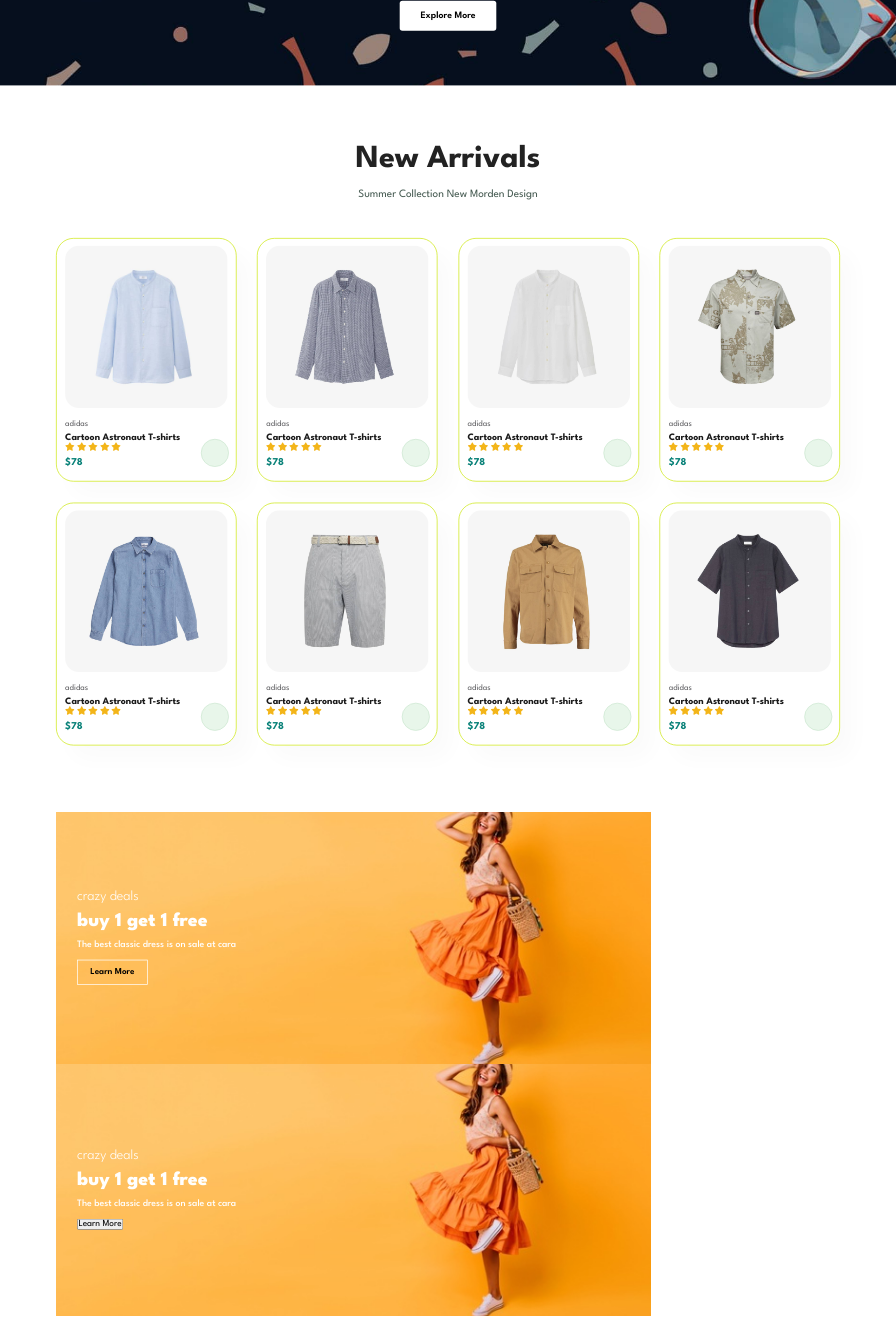
Repository: quy261001/cara
Page: index.html
An editor plug-in stored every save of this project. The page is shown before and after the next save, followed by the edit.
The browser window is 1280 px wide. The pictures show the part of the page from y = 2200 to 4120 px (the page is 4120 px tall), at 70% of full size.

Above is the page before, as saved 2022-05-01 21:47:39.

### index.html
<!DOCTYPE html>
<html lang="en">
<head>
  <meta charset="UTF-8">
  <meta http-equiv="X-UA-Compatible" content="IE=edge">
  <meta name="viewport" content="width=device-width, initial-scale=1.0">
  <link rel="stylesheet" href="style.css">
  <title>Cara</title>
</head>
<body>
  <section class="header">
    <a href="#"><img src="img/logo.png" class="logo" alt=""></a>

    <div>
      <ul class="navbar">
        <li><a class="active" href="index.html">Home</a></li>
        <li><a href="shop.html">Shop</a></li>
        <li><a href="blog.html">Blog</a></li>
        <li><a href="about.html">About</a></li>
        <li><a href="contact.html">Contact</a></li>
        <li><a href="cart.html"><i class="far fa-shopping-bag"></i></a></li>
      </ul>
    </div>
  </section>

  <section class="hero">
    <h4>Trade-in-offer</h4>
    <h2>Super value deals</h2>
    <h1>On all products</h1>
    <p>Save more with coupon & up to 70% off!</p>
    <button>Shop Now</button>
  </section>

  <section class="feature section-p1">
    <div class="fe-box">
      <img src="img/features/f1.png" alt="">
      <h6>Free Shipping</h6>
    </div>
    <div class="fe-box">
      <img src="img/features/f2.png" alt="">
      <h6>Online Order</h6>
    </div>
    <div class="fe-box">
      <img src="img/features/f3.png" alt="">
      <h6>Save Money</h6>
    </div>
    <div class="fe-box">
      <img src="img/features/f4.png" alt="">
      <h6>Promotions</h6>
    </div>
    <div class="fe-box">
      <img src="img/features/f5.png" alt="">
      <h6>Happy Sell</h6>
    </div>
    <div class="fe-box">
      <img src="img/features/f6.png" alt="">
      <h6>F24/7 Support</h6>
    </div>
  </section>

  <section class="product1 section-p1">
    <h2>Featured Products</h2>
    <p>Summer Collection New Morden Design</p>
    <div class="pro-container">
      <div class="pro">
        <img src="img/products/f1.jpg" alt="">
        <div class="des">
          <span>adidas</span>
          <h5>Cartoon Astronaut T-shirts</h5>
          <div class="star">
            <i class="fas fa-star"></i>
            <i class="fas fa-star"></i>
            <i class="fas fa-star"></i>
            <i class="fas fa-star"></i>
            <i class="fas fa-star"></i>
          </div>
          <h4>$78</h4>
        </div>
        <a href=""><i class="fal fa-shopping-cart cart"></i></a>
      </div>
      <div class="pro">
        <img src="img/products/f2.jpg" alt="">
        <div class="des">
          <span>adidas</span>
          <h5>Cartoon Astronaut T-shirts</h5>
          <div class="star">
            <i class="fas fa-star"></i>
            <i class="fas fa-star"></i>
            <i class="fas fa-star"></i>
            <i class="fas fa-star"></i>
            <i class="fas fa-star"></i>
          </div>
          <h4>$78</h4>
        </div>
        <a href=""><i class="fal fa-shopping-cart cart"></i></a>
      </div>
      <div class="pro">
        <img src="img/products/f3.jpg" alt="">
        <div class="des">
          <span>adidas</span>
          <h5>Cartoon Astronaut T-shirts</h5>
          <div class="star">
            <i class="fas fa-star"></i>
            <i class="fas fa-star"></i>
            <i class="fas fa-star"></i>
            <i class="fas fa-star"></i>
            <i class="fas fa-star"></i>
          </div>
          <h4>$78</h4>
        </div>
        <a href=""><i class="fal fa-shopping-cart cart"></i></a>
      </div>
      <div class="pro">
        <img src="img/products/f4.jpg" alt="">
        <div class="des">
          <span>adidas</span>
          <h5>Cartoon Astronaut T-shirts</h5>
          <div class="star">
            <i class="fas fa-star"></i>
            <i class="fas fa-star"></i>
            <i class="fas fa-star"></i>
            <i class="fas fa-star"></i>
            <i class="fas fa-star"></i>
          </div>
          <h4>$78</h4>
        </div>
        <a href=""><i class="fal fa-shopping-cart cart"></i></a>
      </div>
      <div class="pro">
        <img src="img/products/f5.jpg" alt="">
        <div class="des">
          <span>adidas</span>
          <h5>Cartoon Astronaut T-shirts</h5>
          <div class="star">
            <i class="fas fa-star"></i>
            <i class="fas fa-star"></i>
            <i class="fas fa-star"></i>
            <i class="fas fa-star"></i>
            <i class="fas fa-star"></i>
          </div>
          <h4>$78</h4>
        </div>
        <a href=""><i class="fal fa-shopping-cart cart"></i></a>
      </div>
      <div class="pro">
        <img src="img/products/f6.jpg" alt="">
        <div class="des">
          <span>adidas</span>
          <h5>Cartoon Astronaut T-shirts</h5>
          <div class="star">
            <i class="fas fa-star"></i>
            <i class="fas fa-star"></i>
            <i class="fas fa-star"></i>
            <i class="fas fa-star"></i>
            <i class="fas fa-star"></i>
          </div>
          <h4>$78</h4>
        </div>
        <a href=""><i class="fal fa-shopping-cart cart"></i></a>
      </div>
      <div class="pro">
        <img src="img/products/f7.jpg" alt="">
        <div class="des">
          <span>adidas</span>
          <h5>Cartoon Astronaut T-shirts</h5>
          <div class="star">
            <i class="fas fa-star"></i>
            <i class="fas fa-star"></i>
            <i class="fas fa-star"></i>
            <i class="fas fa-star"></i>
            <i class="fas fa-star"></i>
          </div>
          <h4>$78</h4>
        </div>
        <a href=""><i class="fal fa-shopping-cart cart"></i></a>
      </div>
      <div class="pro">
        <img src="img/products/f8.jpg" alt="">
        <div class="des">
          <span>adidas</span>
          <h5>Cartoon Astronaut T-shirts</h5>
          <div class="star">
            <i class="fas fa-star"></i>
            <i class="fas fa-star"></i>
            <i class="fas fa-star"></i>
            <i class="fas fa-star"></i>
            <i class="fas fa-star"></i>
          </div>
          <h4>$78</h4>
        </div>
        <a href=""><i class="fal fa-shopping-cart cart"></i></a>
      </div>
    </div>

  </section>

  <section class="banner section-m1">
    <h4>Repair Services</h4>
    <h2>Up to <span>70% Off</span> All t-shirts & Accessories</h2>
    <button class="normal">Explore More</button>
  </section>

  <section class="product1 section-p1">
    <h2>New Arrivals</h2>
    <p>Summer Collection New Morden Design</p>
    <div class="pro-container">
      <div class="pro">
        <img src="img/products/n1.jpg" alt="">
        <div class="des">
          <span>adidas</span>
          <h5>Cartoon Astronaut T-shirts</h5>
          <div class="star">
            <i class="fas fa-star"></i>
            <i class="fas fa-star"></i>
            <i class="fas fa-star"></i>
            <i class="fas fa-star"></i>
            <i class="fas fa-star"></i>
          </div>
          <h4>$78</h4>
        </div>
        <a href=""><i class="fal fa-shopping-cart cart"></i></a>
      </div>
      <div class="pro">
        <img src="img/products/n2.jpg" alt="">
        <div class="des">
          <span>adidas</span>
          <h5>Cartoon Astronaut T-shirts</h5>
          <div class="star">
            <i class="fas fa-star"></i>
            <i class="fas fa-star"></i>
            <i class="fas fa-star"></i>
            <i class="fas fa-star"></i>
            <i class="fas fa-star"></i>
          </div>
          <h4>$78</h4>
        </div>
        <a href=""><i class="fal fa-shopping-cart cart"></i></a>
      </div>
      <div class="pro">
        <img src="img/products/n3.jpg" alt="">
        <div class="des">
          <span>adidas</span>
          <h5>Cartoon Astronaut T-shirts</h5>
          <div class="star">
            <i class="fas fa-star"></i>
            <i class="fas fa-star"></i>
            <i class="fas fa-star"></i>
            <i class="fas fa-star"></i>
            <i class="fas fa-star"></i>
          </div>
          <h4>$78</h4>
        </div>
        <a href=""><i class="fal fa-shopping-cart cart"></i></a>
      </div>
      <div class="pro">
        <img src="img/products/n4.jpg" alt="">
        <div class="des">
          <span>adidas</span>
          <h5>Cartoon Astronaut T-shirts</h5>
          <div class="star">
            <i class="fas fa-star"></i>
            <i class="fas fa-star"></i>
            <i class="fas fa-star"></i>
            <i class="fas fa-star"></i>
            <i class="fas fa-star"></i>
          </div>
          <h4>$78</h4>
        </div>
        <a href=""><i class="fal fa-shopping-cart cart"></i></a>
      </div>
      <div class="pro">
        <img src="img/products/n5.jpg" alt="">
        <div class="des">
          <span>adidas</span>
          <h5>Cartoon Astronaut T-shirts</h5>
          <div class="star">
            <i class="fas fa-star"></i>
            <i class="fas fa-star"></i>
            <i class="fas fa-star"></i>
            <i class="fas fa-star"></i>
            <i class="fas fa-star"></i>
          </div>
          <h4>$78</h4>
        </div>
        <a href=""><i class="fal fa-shopping-cart cart"></i></a>
      </div>
      <div class="pro">
        <img src="img/products/n6.jpg" alt="">
        <div class="des">
          <span>adidas</span>
          <h5>Cartoon Astronaut T-shirts</h5>
          <div class="star">
            <i class="fas fa-star"></i>
            <i class="fas fa-star"></i>
            <i class="fas fa-star"></i>
            <i class="fas fa-star"></i>
            <i class="fas fa-star"></i>
          </div>
          <h4>$78</h4>
        </div>
        <a href=""><i class="fal fa-shopping-cart cart"></i></a>
      </div>
      <div class="pro">
        <img src="img/products/n7.jpg" alt="">
        <div class="des">
          <span>adidas</span>
          <h5>Cartoon Astronaut T-shirts</h5>
          <div class="star">
            <i class="fas fa-star"></i>
            <i class="fas fa-star"></i>
            <i class="fas fa-star"></i>
            <i class="fas fa-star"></i>
            <i class="fas fa-star"></i>
          </div>
          <h4>$78</h4>
        </div>
        <a href=""><i class="fal fa-shopping-cart cart"></i></a>
      </div>
      <div class="pro">
        <img src="img/products/n8.jpg" alt="">
        <div class="des">
          <span>adidas</span>
          <h5>Cartoon Astronaut T-shirts</h5>
          <div class="star">
            <i class="fas fa-star"></i>
            <i class="fas fa-star"></i>
            <i class="fas fa-star"></i>
            <i class="fas fa-star"></i>
            <i class="fas fa-star"></i>
          </div>
          <h4>$78</h4>
        </div>
        <a href=""><i class="fal fa-shopping-cart cart"></i></a>
      </div>
    </div>

  </section>

  <section class="sm-banner section-p1">
      <div class="banner-box">
        <h4>crazy deals</h4>
        <h2>buy 1 get 1 free</h2>
        <span>The best classic dress is on sale at cara</span>
        <button class="while">Learn More</button>
      </div>
      <div class="banner-box">
        <h4>crazy deals</h4>
        <h2>buy 1 get 1 free</h2>
        <span>The best classic dress is on sale at cara</span>
        <button>Learn More</button>
      </div>
  </section>




  <script src="script.js"></script>
  <script defer src="https://pro.fontawesome.com/releases/v5.15.4/js/all.js"></script>
</body>
</html>

### style.css
@import url('https://fonts.googleapis.com/css2?family=League+Spartan:wght@100;200;300;400;500;600;700;800;900&display=swap');
* {
  margin: 0;
  padding: 0;
  box-sizing: border-box;
  font-family: 'League Spartan', sans-serif;
}
h1 {
  font-size: 50px;
  line-height: 64px;
  color: #222;
}
h2 {
  font-size: 46px;
  line-height: 53px;
  color: #222;
}
h4 {
  font-size: 20px;
  color: #222;
}
h6 {
  font-weight: 700;
  font-size: 12px;
}
p {
  font-size: 16px;
  color: #465b52;
  margin: 15px 0 20px 0;
}
.section-p1 {
  padding: 40px 80px;
}
.section-m1 {
  margin: 40px 0;
}
button.normal {
  font-size: 14px;
  font-weight: 600;
  padding: 15px 30px;
  color: #000;
  background-color: #fff;
  border-radius: 4px;
  cursor: pointer;
  border: none;
  outline: none;
  transition: 0.2s;
}
button.while {
  font-size: 13px;
  font-weight: 600;
  padding: 11px 18px;
  color: #000;
  background-color: transparent;
  cursor: pointer;
  border: 1px solid #fff;
  outline: none;
  transition: 0.2s;
}
body {
  width: 100%;
}

/* Header-start */
.header {
  display: flex;
  justify-content: space-between;
  align-items: center;
  padding: 20px 80px;
  background-color: #E3E6F3;
  box-shadow: 0 5px 15px rgba(0, 0, 0, 0.06);
  z-index: 999;
  position: sticky;
  top: 0;
  left: 0;
}

.navbar {
  display: flex;
  align-items: center;
  justify-content: center;
}

.navbar li {
  list-style: none;
  padding: 0 20px;
  position: relative;
}

.navbar li a {
  text-decoration: none;
  font-size:16px;
  font-weight: 600;
  color: #1a1a1a;
  transition: 0.3s ease;
}

.navbar li a:hover,
.navbar li a.active {
  color: #088178;
}

.navbar li a.active::after,
.navbar li a:hover::after {
  content: "";
  width: 30%;
  height: 2px;
  background-color: #088178;
  position: absolute;
  bottom: -4px;
  left: 20px;
}
/* Home page */
.hero {
  background-image: url("img/hero4.png");
  height: 90vh;
  width: 100%;
  background-position: top 25% right 0;
  background-size: cover;
  display: flex;
  justify-content: center;
  align-items: flex-start;
  flex-direction: column;
  padding: 0 80px;
}

.hero h4 {
  padding-bottom: 15px;
}

.hero h1 {
  color: #088178;
}

.hero button {
  background-image: url("img/button.png");
  background-color: transparent;
  color: #088178;
  border: 0;
  padding: 14px 80px 14px 80px;
  background-repeat: no-repeat;
  cursor: pointer;
  font-weight: 700;
}

.feature {
  display: flex;
  align-items: center;
  justify-content: space-between;
  flex-wrap: wrap;
}

.feature .fe-box {
   width: 180px;
   text-align: center;
   padding: 25px 15px;
   box-shadow: 20px 20px 34px rgba(0, 0, 0, 0.03);
   border: 1px solid #cce7d0;
   border-radius: 4px;
   margin: 15px 0;
}

.feature .fe-box:hover {
  box-shadow: 10px 10px 54px rgba(70, 62, 221, 0.1);
}
.feature .fe-box img {
  width: 100%;
  margin-bottom: 10px;
}
.feature .fe-box h6 {
  display: inline-block;
  padding: 9px 8px 6px 8px;
  line-height: 1;
  border-radius: 4px;
  color: #088178;
  background-color: #fddde4;
}
.feature .fe-box:nth-child(2) h6 {
  background-color: #cdebbc;
}
.feature .fe-box:nth-child(3) h6 {
  background-color: #d1e8f2;
}
.feature .fe-box:nth-child(4) h6 {
  background-color: #cdd4f8;
}
.feature .fe-box:nth-child(5) h6 {
  background-color: #f6dbf6;
}
.feature .fe-box:nth-child(6) h6 {
  background-color: #fff2e5;
}

.product1 {
  text-align: center;
}
.product1 .pro-container {
  display: flex;
  justify-content: space-between;
  flex-wrap: wrap;
  padding-top: 20px;
}
.product1 .pro {
  position: relative;
  width: 23%;
  min-width: 250px;
  padding: 10px 12px;
  border: 1px solid #cce70d;
  border-radius: 25px;
  cursor: pointer;
  box-shadow: 20px 20px 30px rgba(0, 0, 0, 0.02);
  margin: 15px 0;
  transition: 0.2s ease;
}
.product1 .pro:hover {
  box-shadow: 20px 20px 30px rgba(0, 0, 0, 0.06);
}
.product1 .pro img {
  width: 100%;
  border-radius: 20px;
}
.product1 .pro .des {
  text-align: start;
  padding: 10px 0;
}
.product1 .pro .des span {
  color: #606063;
  font-size: 12px;
}
.product1 .pro .des h5 {
  padding-top: 7px;
  color: #1a1a1a;
  font-size: 14px;
}
.star {
  font-size: 12px;
  color: rgb(243, 181, 25);
}
.product1 .pro .des h4 {
  padding-top: 7px;
  font-size: 15px;
  font-weight: 700;
  color: #088178;
}
.product1 .pro .cart {
  width: 40px;
  height: 40px;
  line-height: 40px;
  border-radius: 50px;
  background-color: #e8f6ea;
  font-weight: 500;
  color: #088178;
  border: 1px solid #cce7d0;
  padding: 10px;
  position: absolute;
  bottom: 20px;
  right: 10px;
}

.banner {
  display: flex;
  flex-direction: column;
  justify-content: center;
  align-items: center;
  background-image: url("img/banner/b2.jpg");
  width: 100%;
  height: 40vh;
  background-size: cover;
  background-position: center;
}
.banner h4 {
  color: #fff;
  font-size: 16px;
}
.banner h2 {
  color: #fff;
  font-size: 30px;
  padding: 10px 0;
}
.banner h2 span {
  color: #ef3636;
}
.banner button:hover {
  background: #088178;
  color: #fff;
}

.sm-banner {
  display: flex;
  justify-content: space-between;
  flex-wrap: wrap;
}

.sm-banner .banner-box {
  display: flex;
  flex-direction: column;
  justify-content: center;
  align-items: flex-start;
  text-align: center;
  background-image: url("img/banner/b17.jpg");
  min-width: 850px;
  height: 50vh;
  background-size: cover;
  background-position: center;
  padding: 30px;
}
.sm-banner h4 {
  color: #fff;
  font-size: 20px;
  font-weight: 300;
}
.sm-banner h2 {
  color: #fff;
  font-size: 28px;
  font-weight: 800;
}
.sm-banner span {
  color: #fff;
  font-size: 14px;
  font-weight: 500;
  margin-bottom: 15px;
}

Loaded but not shown: script.js (no copy from this time; the picture is the same without it)

After the next save:
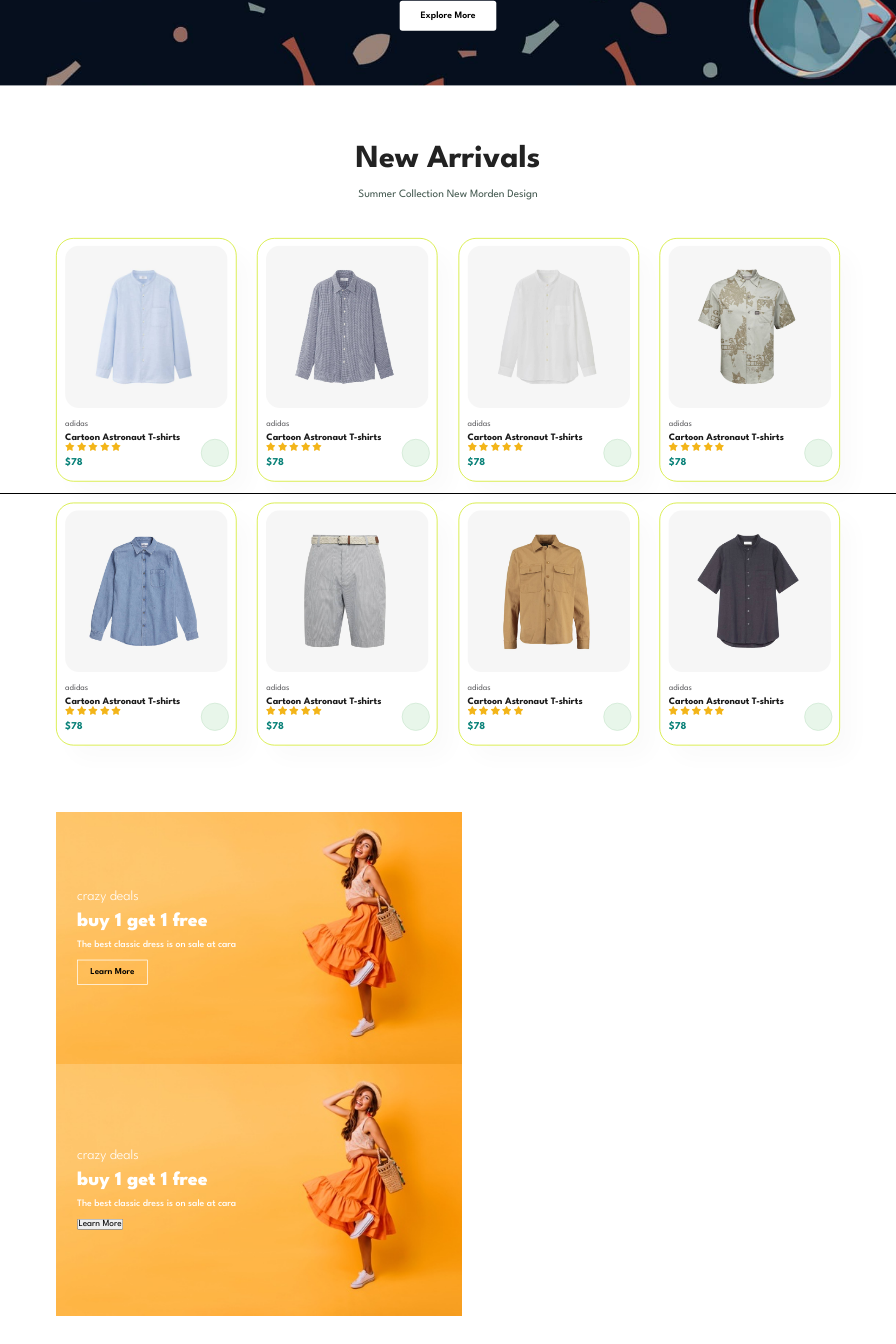
Saved 57 s later.
--- a/style.css
+++ b/style.css
@@ -298,7 +298,7 @@
   align-items: flex-start;
   text-align: center;
   background-image: url("img/banner/b17.jpg");
-  min-width: 850px;
+  min-width: 580px;
   height: 50vh;
   background-size: cover;
   background-position: center;

After the save that followed:
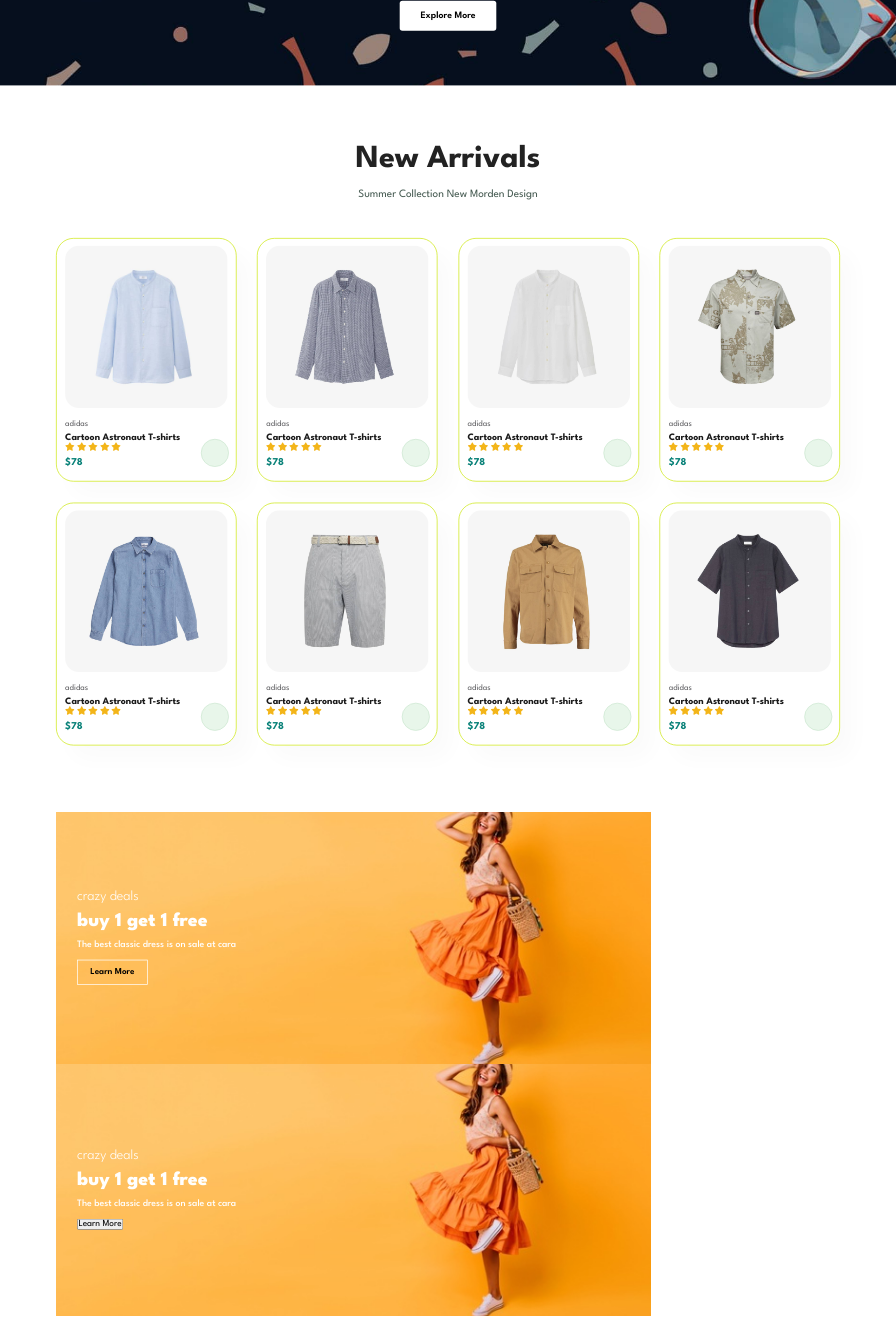
Saved 53 s later.
--- a/style.css
+++ b/style.css
@@ -298,7 +298,7 @@
   align-items: flex-start;
   text-align: center;
   background-image: url("img/banner/b17.jpg");
-  min-width: 580px;
+  min-width: 850px;
   height: 50vh;
   background-size: cover;
   background-position: center;
